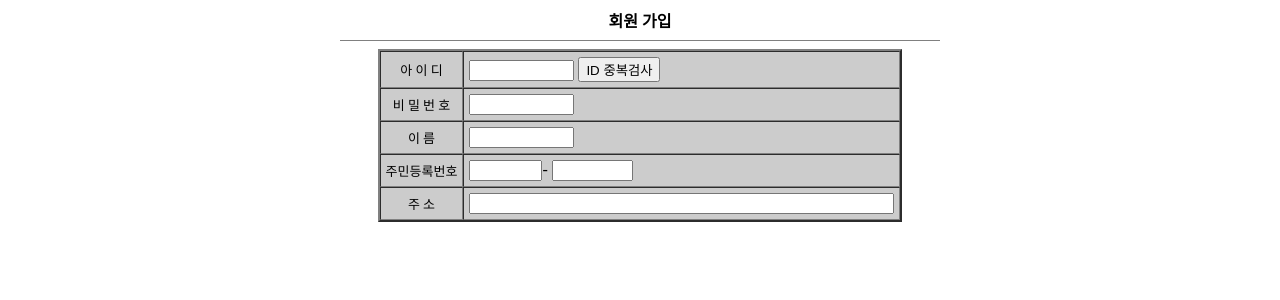
Repository: kalmia26/Capstone
Page: http://localhost/LectureSystem/member_input.jsp
These files come from the project's save history. The page is drawn as it stood at one moment and after the next save; the edit follows.
The browser window is 1280 px wide. The pictures show the whole page.
The page is served by Tomcat 9. Other server files are loaded and not shown.

Above is the page before, as saved 2017-05-24 06:08:25.

### LectureSystem/WebContent/member_input.jsp
<%@ page language="java" contentType="text/html; charset=EUC-KR"
    pageEncoding="EUC-KR"%>
<!DOCTYPE html PUBLIC "-//W3C//DTD HTML 4.01 Transitional//EN" "http://www.w3.org/TR/html4/loose.dtd">
<html>
<head>
<meta http-equiv="Content-Type" content="text/html; charset=EUC-KR">
<title>Insert title here</title>
<style type="text/css">
<!--
	a:link	{font-family:""; color:black; text-decoration:none;}
	a:visited	{font-family:""; color:black; text-decoration:none;}
	a:hover	{font-family:""; color:black; text-decoration:underline;}
-->
</style>
<script language="JavaScript">
function Check() {
	if(Member_input.id.value.length < 1) {
		alert("아이디를 입력하세요.");
		Member_input.id.foucs();
		return false;
	}
	if(Member_input.pass.value.length < 1) {
		alert("비밀번호를 입력하세요.");
		Member_input.pass.focus();
		return false;
	}
	if(Member_input.name.value.length < 1) {
		alert("이름을 입력하세요.");
		Member_input.name.focus();
		return false;
	}
	if(Member_input.juminnum1.value.length < 1) {
		alert("주민등록번호를 입력하세요.");
		Member_input.juminnum1.focus();
		return false;
	}
	if(Member_input.juminnum1.value.length != 6) {
		alert("주민등록번호 앞자리는 6자리 입니다.");
		Member_input.juminnum1.focus();
		return false;
	}
	for (var i=0; i<member_input.juminnum1.value.lenght; i++) {
		if(member_input.juminnum1.value.charAt(i) < "0" || member_input.juminnum1.value.charAt(i) > "9") {
			alert("주민등록번호는 숫자만 가능합니다.");
			member_input.juminnum1.focus();
			return false;
		}
	}
	if(Member_input.juminnum2.value.length < 1) {
		alert("주민등록번호를 입력하세요.");
		Member_input.juminnum2.focus();
		return false;
	}
	if(Member_input.juminnum2.value.length != 7) {
		alert("주민등록번호 뒷자리는 7자리 입니다.");
		Member_input.juminnum2.focus();
		return false;
	}
	for (var i=0; i<member_input.juminnum2.value.lenght; i++) {
		if(member_input.juminnum2.value.charAt(i) < "0" || member_input.juminnum2.value.charAt(i) > "9") {
			alert("주민등록번호는 숫자만 가능합니다.");
			member_input.juminnum2.focus();
			return false;
		}
	}
	var sum,a,b,c,d,e,f,g,h,i,j,k,l,m;

	a = praseInt(member_input.juminnum1.value.charAt(0));
	b = praseInt(member_input.juminnum1.value.charAt(1));
	c = praseInt(member_input.juminnum1.value.charAt(2));
	d = praseInt(member_input.juminnum1.value.charAt(3));
	e = praseInt(member_input.juminnum1.value.charAt(4));
	f = praseInt(member_input.juminnum1.value.charAt(5));
	g = praseInt(member_input.juminnum2.value.charAt(0));
	h = praseInt(member_input.juminnum2.value.charAt(1));
	i = praseInt(member_input.juminnum2.value.charAt(2));
	j = praseInt(member_input.juminnum2.value.charAt(3));
	k = praseInt(member_input.juminnum2.value.charAt(4));
	l = praseInt(member_input.juminnum2.value.charAt(5));
	m = praseInt(member_input.juminnum2.value.charAt(6));

	sum = a*2 + b*3 + c*4 + d*5 + e*6 + f*7 + g*8 + h*9 + i*2 + j*3 + k*4 + l*5;

	var namuji = sum % 11;
	var humsa = 11 - namuji;
	var check_no = gumsa % 10;

	if(check_no != m) {
		alert("올바른 주민등록번호가 아닙니다.");
		member_input.juminnum2.focus();
		return false;
	}
	Member.submit();
}

function Check_focus() {
	var strfocus1 = member_input.juminnum1.value.length;
	if(strfocus1 == 6)
		member_input.juminnum2.focus();
}
function check_id() {
	browsing_window = window.open("checkid.jsp?id="+member_input.id.value,
			"_idcheck","height=200, wight=300, menubar=no, directories=no, resizable=no, status=no, scrollbars=yes");
	browsing_window.focus();
}
</script>

</head>
<body>
<center><font size='3'><b>회원 가입</b></font>
	<table border='0' width='600' cellpadding='0' cellspacing='0'>
		<tr>
			<td><hr size='1' noshade>
			</td>
		</tr>
	</table>

	<form name="member_input" method="post" action="member_output.jsp">
		<table border='2' cellspacing='0' cellpadding='5' align=center>
		<tr>
			<td bgcolor='cccccc' align='center'>
				<font size='2'>아 이 디</font>
			</td>
			<td bgcolor='cccccc'>
				<input type="text" maxlength="10" size="10" name="id">
				<input type="button" onclick="Check_id()" value="ID 중복검사">
			</td>
		</tr>
		<tr>
			<td bgcolor='cccccc' align='center'>
				<font size='2'>비 밀 번 호</font>
			</td>
			<td bgcolor='cccccc'>
				<input type="password" maxlength="10" size="10" name="pass">
			</td>
		</tr>
		<tr>
			<td bgcolor='cccccc' align='center'>
				<font size='2'>이 름</font>
			</td>
			<td bgcolor='cccccc'>
				<input type="text" maxlength="10" size="10" name="name">
			</td>
		</tr>
		<tr>
			<td bgcolor='cccccc' align='center'>
				<font size='2'>주민등록번호</font>
			</td>
			<td bgcolor='cccccc'>
				<input type="text" size="6" maxlength="6" name="juminnum1" onkeypress="check_focus();" >-
				<input type="text" size="7" maxlength="7" name="juminnum2">
			</td>
		</tr>
		<tr>
			<td bgcolor='cccccc' align='center'>
				<font size='2'>주 소</font>
			</td>
			<td bgcolor='cccccc'>
				<input type="text" maxlength="50" size="50" name="address1">
			</td>
		</tr>
		</table>
	</form>
</center>


</body>
</html>

After the next save:
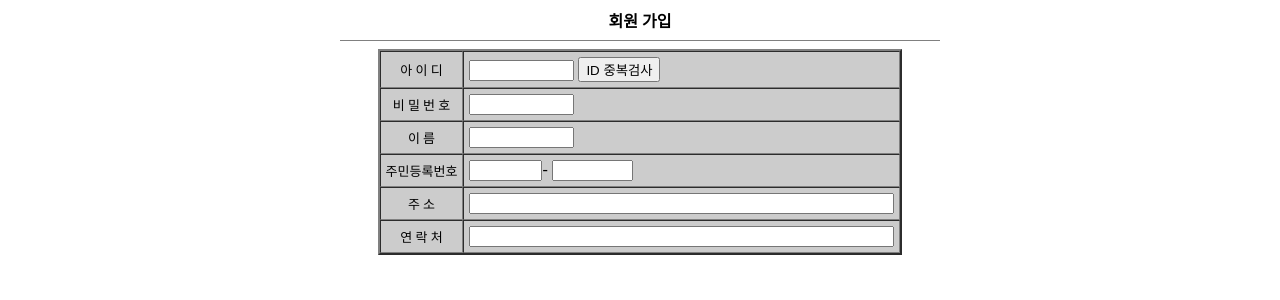
Saved 11 s later.
--- a/LectureSystem/WebContent/member_input.jsp
+++ b/LectureSystem/WebContent/member_input.jsp
@@ -159,6 +159,14 @@ function check_id() {
 				<input type="text" maxlength="50" size="50" name="address1">
 			</td>
 		</tr>
+		<tr>
+			<td bgcolor='cccccc' align='center'>
+				<font size='2'>연 락 처</font>
+			</td>
+			<td bgcolor='cccccc'>
+				<input type="text" maxlength="50" size="50" name="address1">
+			</td>
+		</tr>
 		</table>
 	</form>
 </center>
